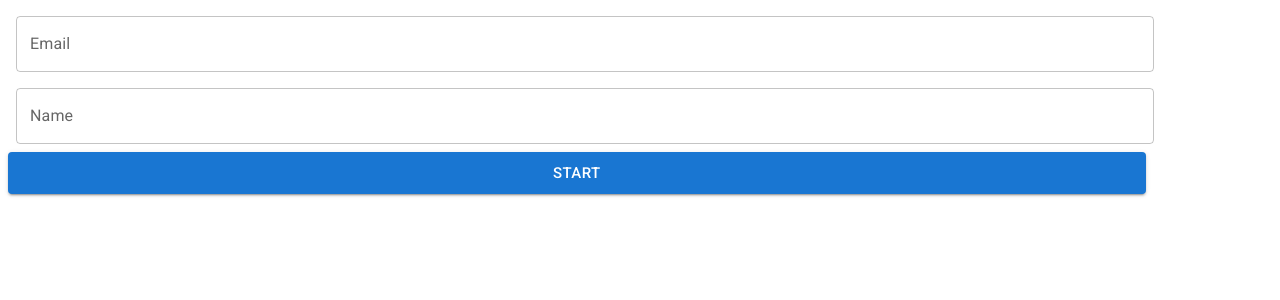
Repository: shikubro90/Quiz-App-React
Page: /
These files come from the project's save history. The page is drawn as it stood at one moment and after a run of saves; the edit follows.
The browser window is 1280 px wide. The pictures show the whole page.
The project was rebuilt for these pictures with package versions that can differ from the ones it lists, and the page was loaded fresh each time. Also part of the build but not shown: src/index.css, src/App.css.

Above is the page before, as saved 2022-06-25 01:35:16.

After the next 18 saves:
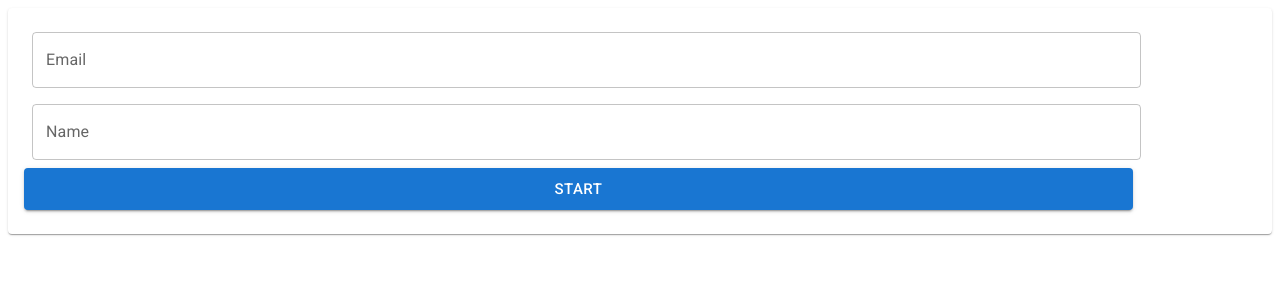
The 18 saves are shown as one change because 2 did not build or start and some came seconds apart.
The last was saved 3 min 33 s later.
--- a/src/components/Login.jsx
+++ b/src/components/Login.jsx
@@ -1,10 +1,14 @@
 import React from 'react';
-import {Box, Button} from '@mui/material'
+import {Box, Button, Card, CardContent} from '@mui/material'
 import { TextField } from '@mui/material';
 import { width } from '@mui/system';
 
 const Login = () => {
     return (
+
+        <Card>
+            <CardContent>
+
         <Box sx={{
             '& .MuiTextField-root' : {
                 m:1,
@@ -31,6 +35,9 @@ const Login = () => {
                 >Start</Button>
             </form>
         </Box>
+
+            </CardContent>
+        </Card>
     );
 };
 
